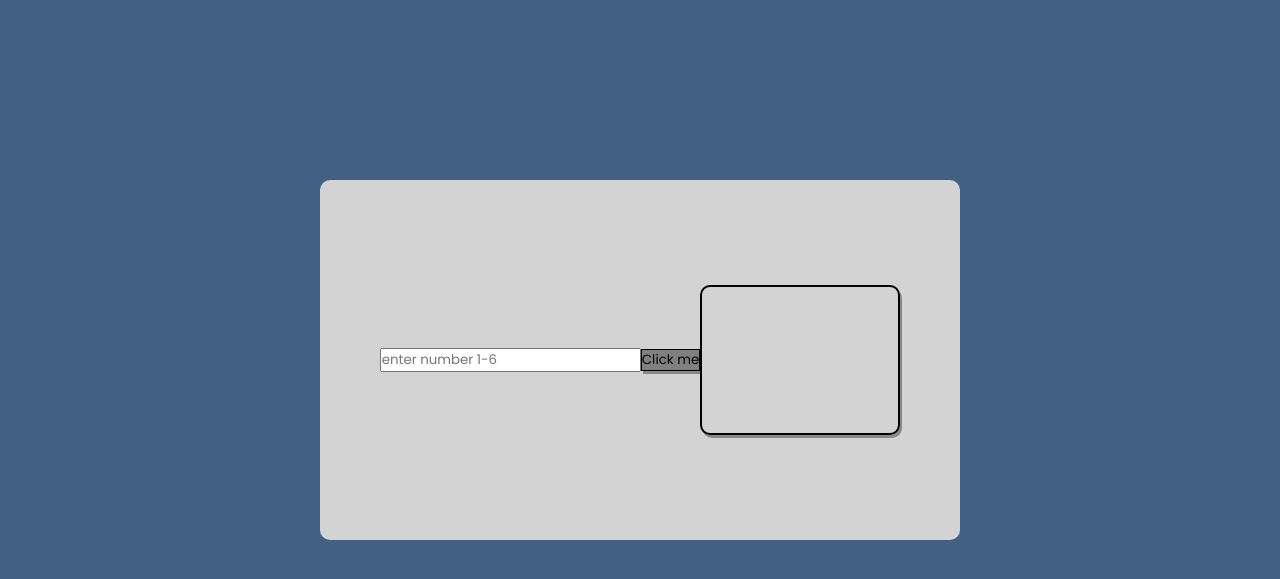
Repository: Seryozha02/Guessing-Game
Page: promise.html
An editor plug-in stored every save of this project. The page is shown before and after a run of saves, followed by the edit.
The browser window is 1280 px wide. The pictures show the whole page.

Above is the page before, as saved 2022-02-23 14:14:09.

### promise.html
<!DOCTYPE html>
<html lang="en">
<head>
    <meta charset="UTF-8">
    <meta http-equiv="X-UA-Compatible" content="IE=edge">
    <meta name="viewport" content="width=device-width, initial-scale=1.0">
    <link rel="stylesheet" href="./promise.css">
    <title>Guessing Game</title>
</head>
<body>
    <div class="body">
        <div class="conteiner">

            <div class="main">
                <input type="number" id="value" placeholder="enter number 1-6">
                <button class="btn" id="button">Click me</button>
                <div class="table" id="show-text">
                    <p class="p1"></p>
                    <p class="p2"></p>
                </div>
                <p class="sum"></p>
            </div>
        </div>
    </div>
  <script src="./promise.js"></script>
</body>
</html>

### promise.css
@import url('https://fonts.googleapis.com/css2?family=Poppins:wght@200;300;400;500;600;700&display=swap');
* {
    margin: 0;
    padding: 0;
    box-sizing: border-box;
    font-family: 'Poppins', sans-serif;
}

.body {
    background-color: rgb(65, 96, 131);
    position: absolute;
    width: 100%;
    height: 100%;
    display: flex;
    align-items: center;
    justify-content: center;
}

.conteiner {
    background-color: lightgray;
    position: relative;
    width: 50%;
    height: 50%;
    display: flex;
    align-items: center;
    justify-content: center;
    border-radius: 10px;
}

.main {
    display: contents;
    flex-direction: row;
}

.table {
    border: 2px solid black;
    width: 200px;
    height: 150px;
    box-shadow: 2px 3px #888888;
    border-radius: 10px;
}

.btn {
    background-color: grey;
    border: 1px solid;
    box-shadow: 2px 3px #888888;
}

### promise.js
const value = document.getElementById("value");
const button = document.getElementById("button");
const p1Text = document.querySelector(".p1");
let p2Text = document.querySelector(".p2");
const sum = document.querySelector(".sum");
let showText = document.getElementById("show-text");
let totalCount = 0;

function randomNum(max) {
    return Math.floor(Math.random() * max) + 1;
}
function guess(random, inputValue) {
    return new Promise(function(resolve, reject) {
        let count = 0;
        if (inputValue === random) {
            count = 2;
            resolve(count);
        } else if (Math.abs(inputValue - random) === 1) {
            count = 1;
            resolve(count);
        } else {
            count = 0;
            reject(count);
        }
    })
};
button.addEventListener("click", function() {
    let random = randomNum(6);
    if (Number(value.value) > 6 || Number(value.value) < 1) {
        showText.innerText = "";
        alert("please choose number from 1 to 6")
    } else {
        inputValue = Number(value.value);
        p1Text.innerText = "random number: " + random;
    }
    guess(random, inputValue).then(function(result) {
        totalCount += result;
        p2Text.innerText = `count number: ${result}`;
        sum.innerText = `total: ${totalCount}`;
    }).catch(function(param) {
        if (param !== 0) {
            totalCount += param;
        } else {
            totalCount = 0;
        }
        p2Text.innerText = `count number: ${param}`;
        sum.innerText = `total: ${totalCount}`;
    })

})

After the next 2 saves:
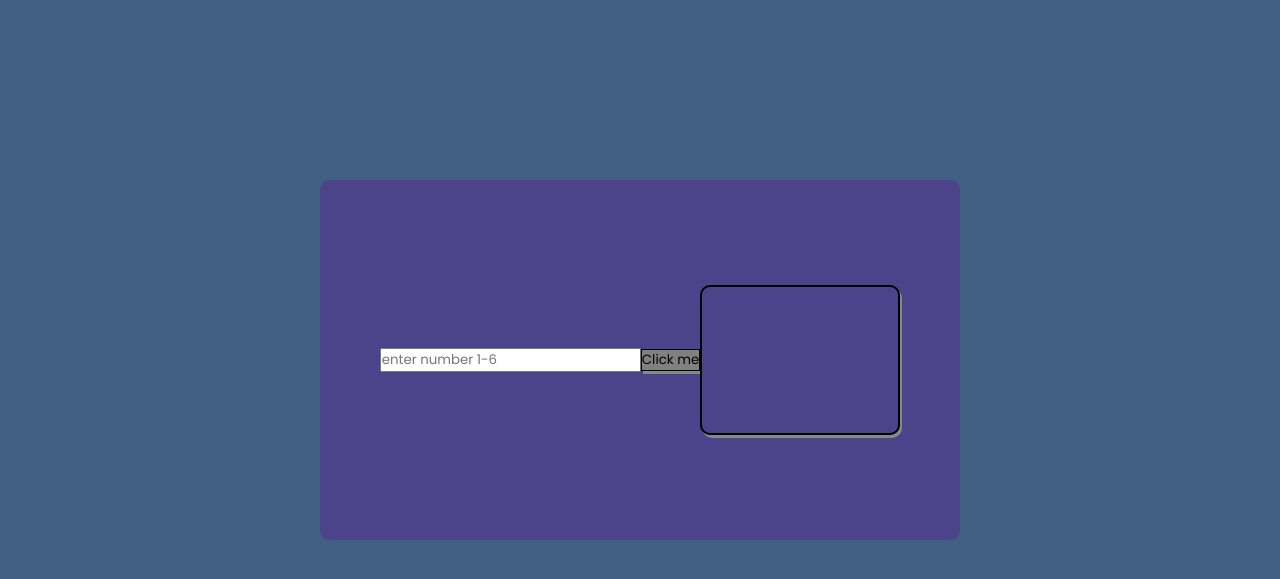
The 2 saves are shown as one change because they came seconds apart.
The last was saved 10 s later.
--- a/promise.css
+++ b/promise.css
@@ -17,7 +17,7 @@
 }
 
 .conteiner {
-    background-color: lightgray;
+    background-color: rgb(77, 67, 139);
     position: relative;
     width: 50%;
     height: 50%;
